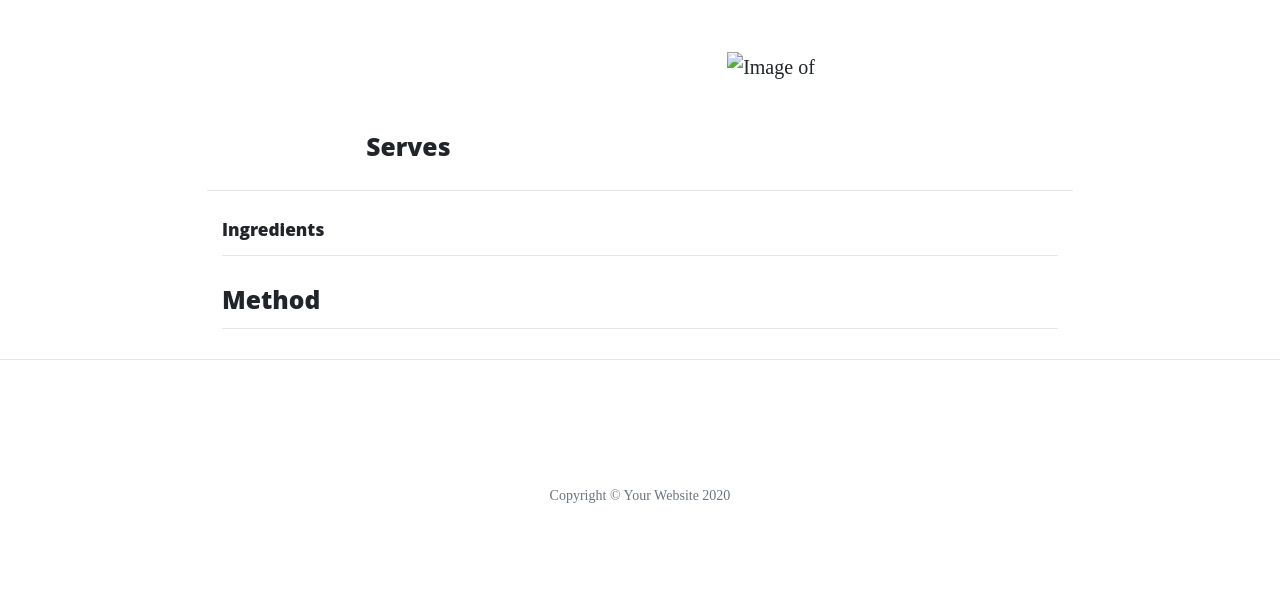
Repository: saffiya/cookbook
Page: templates/recipe.html
The author's editor kept a record of every edit. The page is drawn from the files as they stood at one moment, then again after the next edit.
The browser window is 1280 px wide. The pictures show the part of the page from y = 674 to 1265 px (the page is 1265 px tall before and 1257 px after).
The page is served by the project's application, run on Flask 3 (app.py). The template is opened directly, without the code that normally fills it, so the values that code supplies are empty.

Above is the page before.

After the next edit:
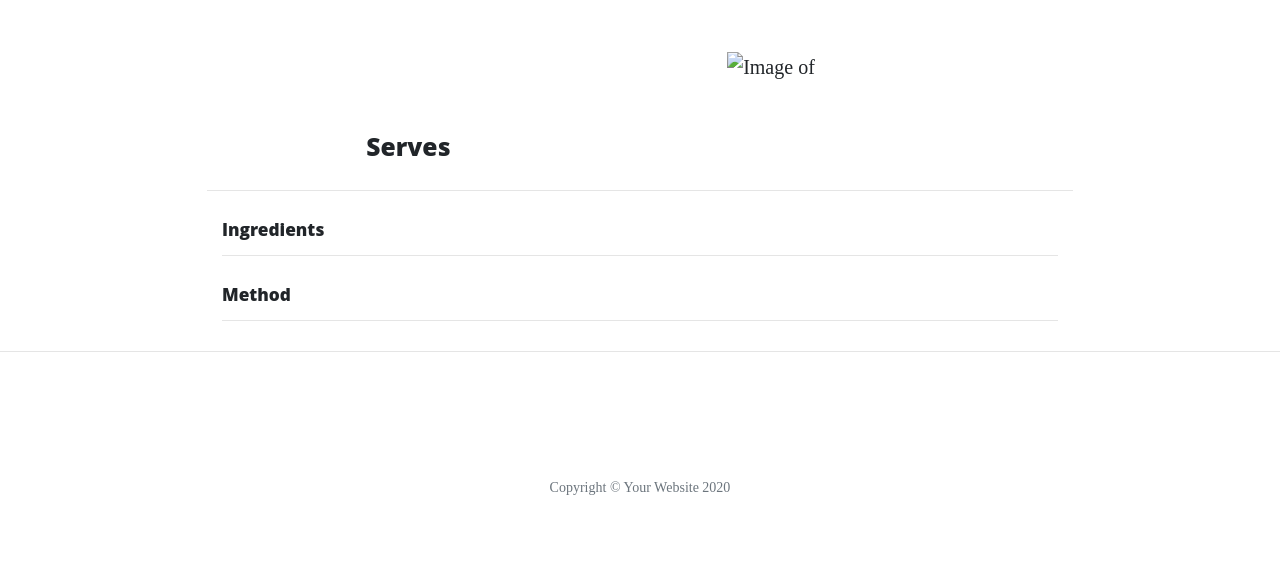
The edit:
--- a/templates/recipe.html
+++ b/templates/recipe.html
@@ -21,7 +21,7 @@
     <h6>Ingredients</h6>
     <hr>
     <p>{{ recipe.ingredients }}</p>
-    <h5>Method</h5>
+    <h6>Method</h6>
     <hr>
     <p>{{ recipe.method_one }}</p>
     <p>{{ recipe.method_two }}</p>
